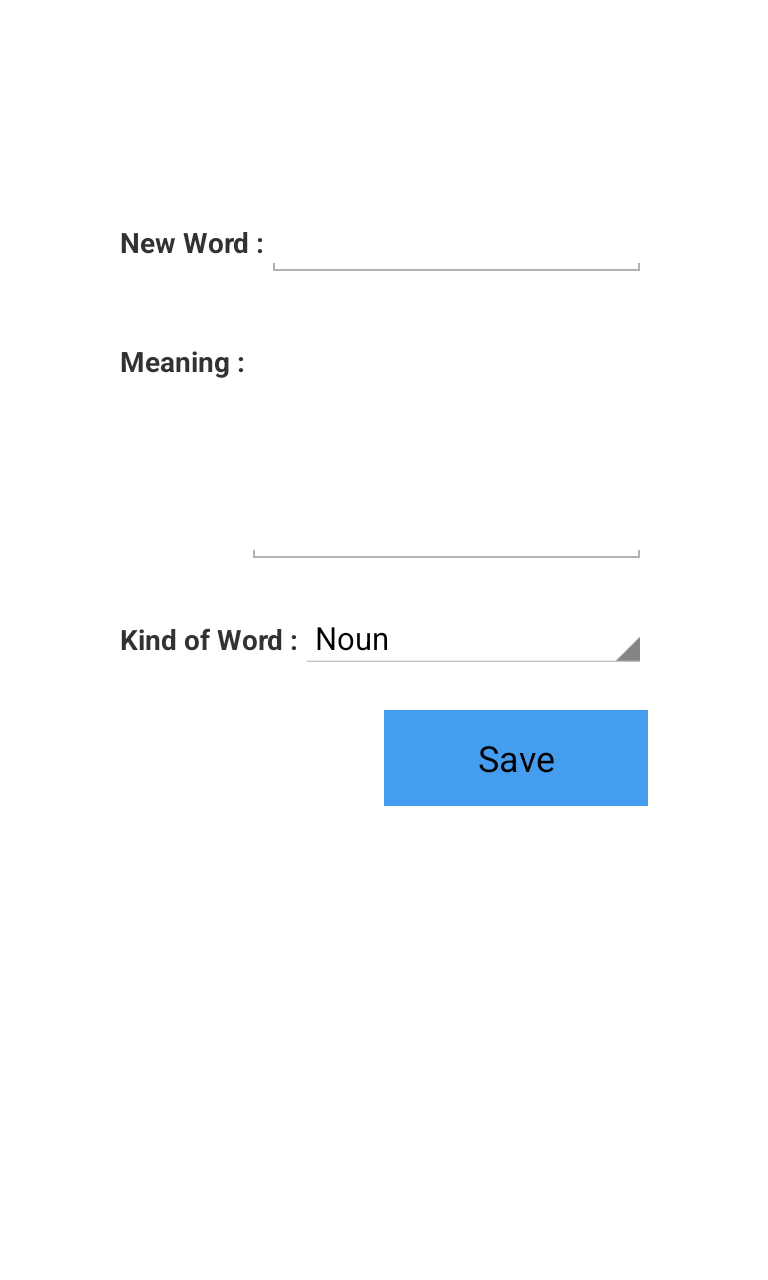
Repository: karno123/AndroidWordReminder
Layout: WordRemainder/res/layout/add_word_layout.xml
The author's editor kept a copy of each file at every save. The layout is drawn from the files as they stood at one save, then again after the next save.
It is drawn on a 768 x 1280 px phone screen (xhdpi) without system bars, with theme AppTheme; the app's code is not run.

Above is the layout before, as saved 2014-07-06 08:07:20.

### WordRemainder/res/layout/add_word_layout.xml
<?xml version="1.0" encoding="utf-8"?>
<LinearLayout xmlns:android="http://schemas.android.com/apk/res/android"
    android:layout_width="fill_parent"
    android:layout_height="fill_parent"
    android:paddingLeft="60dp"
    android:paddingRight="60dp"
    android:paddingTop="80dp"
    android:orientation="vertical" >

    <LinearLayout
	        android:layout_width="fill_parent"
	        android:layout_height="wrap_content"
	        android:orientation="horizontal"
	        android:paddingTop="20dp">

        <TextView
	        android:id="@+id/text_new_word"
	        android:layout_width="wrap_content"
	        android:layout_height="wrap_content"
	        android:textStyle="bold"
	        android:text="@string/new_text_word"/>

         <EditText
	        android:inputType="text"
	        android:id="@+id/input_text_new_word"
	        android:layout_width="0dp"
	        android:layout_weight="0.8"
	        android:layout_height="wrap_content"
	        />

    </LinearLayout>

    <LinearLayout
            android:layout_width="fill_parent"
	        android:layout_height="wrap_content"
	        android:orientation="horizontal"
	        android:paddingTop="20dp">
        <TextView
	        android:id="@+id/text_meaning_word"
	        android:layout_width="wrap_content"
	        android:layout_height="wrap_content"
	        android:textStyle="bold"
	        android:text="@string/meaning_word"
	        />

        <EditText
            android:id="@+id/input_text_meaning"
            android:layout_height="wrap_content"
            android:layout_width="0dp"
            android:layout_weight="0.95"
            android:gravity="top"
            android:inputType="textMultiLine"
            android:lines="5"
            android:singleLine="false" />

    </LinearLayout>

    <LinearLayout
            android:layout_width="fill_parent"
	        android:layout_height="wrap_content"
	        android:orientation="horizontal"
	        android:paddingTop="20dp">

         <TextView
	        android:id="@+id/kind_of_word_text"
	        android:layout_width="wrap_content"
	        android:layout_height="wrap_content"
	        android:textStyle="bold"
	        android:text="@string/kind_of_word"
	        />
	    <Spinner
	        android:id="@+id/kind_of_word"
	        android:layout_width="0dp"
	        android:layout_weight="1"
	        android:layout_height="wrap_content"
	        android:prompt="@string/kind_of_word_prompt"
	        android:entries="@array/word_arrays"

	        />
    </LinearLayout>

    <LinearLayout
            android:layout_width="fill_parent"
	        android:layout_height="wrap_content"
	        android:orientation="horizontal"
	        android:gravity="right"
	        android:paddingTop="20dp"
	        android:weightSum="2">

        	<Button
        	     android:id="@+id/add_new_word_button"
        	     android:layout_height="wrap_content"
        	     android:layout_width="0dip"
        	     android:layout_weight="1"
        	     android:text="@string/add_word_button"
        	     android:background="#449def"/>

    </LinearLayout>

</LinearLayout>

### WordRemainder/res/values/strings.xml
<?xml version="1.0" encoding="utf-8"?>
<resources>

    <string name="app_name">Word Remainder</string>
    <string name="action_settings">Settings</string>
    <string name="hello_world">Hello world!</string>
    <string name="splash_text">This is a splash text</string>
	<string name="add_word">Add New Word</string>
	<string name="view_word">View Word</string>
	<string name="setting">Setting Apps</string>


	<string name="addnewword_title">Add New Word</string>
	<string name="viewword_title">View Word</string>

	<string name="new_text_word">New Word     :</string>
	<string name="meaning_word"> Meaning       :</string>
	<string name="kind_of_word"> Kind of Word :  </string>

	<string name="kind_of_word_prompt">Choose kind of word</string>
	<string-array name="word_arrays">
	    <item>Noun</item>
	    <item>Verb</item>
	    <item>Adjective</item>
	    <item>Adverb</item>
	    <item>Interjection</item>
	    <item>Preposition</item>
	    <item>Conjunction</item>
	    <item>Pronoun</item>
	</string-array>

	<string name="add_word_button">  Save  </string>
	<string name="cancel_edit_word_button">Cancel</string>
	<string name="search_text">Search </string>

	<string name="main_word" >main_word </string>
	<string name="meaning">meaning karno <b>siahaan</b></string>

	<string name="updateWord">Update Word</string>


	<string name="setting_enable">Enable setting </string>
	<string name="word_per_day">Word per day  </string>
	<string name="reminder_time">Reminder time</string>
	<string name="word_per_day_def">50</string>

	<string name="setting_ok">OK</string>
	<string name="setting_Cancel">Cancel</string>

	<string name="setting_label">Setting</string>

	<string name="home">home</string>

</resources>

Loaded but not shown: WordRemainder/res/values/styles.xml (common file); WordRemainder/res/values-v11/styles.xml (common file); WordRemainder/res/values-v14/styles.xml (common file)

After the next save:
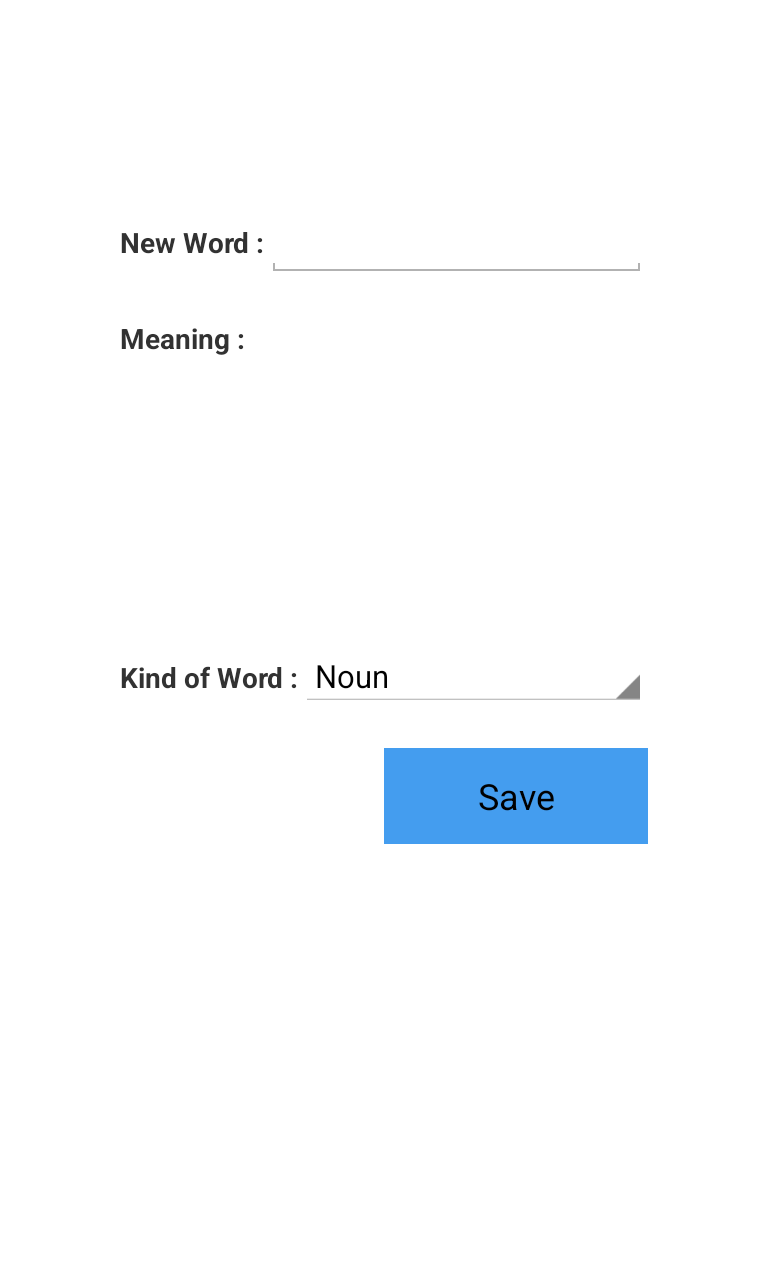
Saved 5 min 13 s later.
--- a/WordRemainder/res/layout/add_word_layout.xml
+++ b/WordRemainder/res/layout/add_word_layout.xml
@@ -33,7 +33,7 @@
     <LinearLayout
             android:layout_width="fill_parent"
 	        android:layout_height="wrap_content"
-	        android:orientation="horizontal"
+	        android:orientation="vertical"
 	        android:paddingTop="20dp">
         <TextView
 	        android:id="@+id/text_meaning_word"
